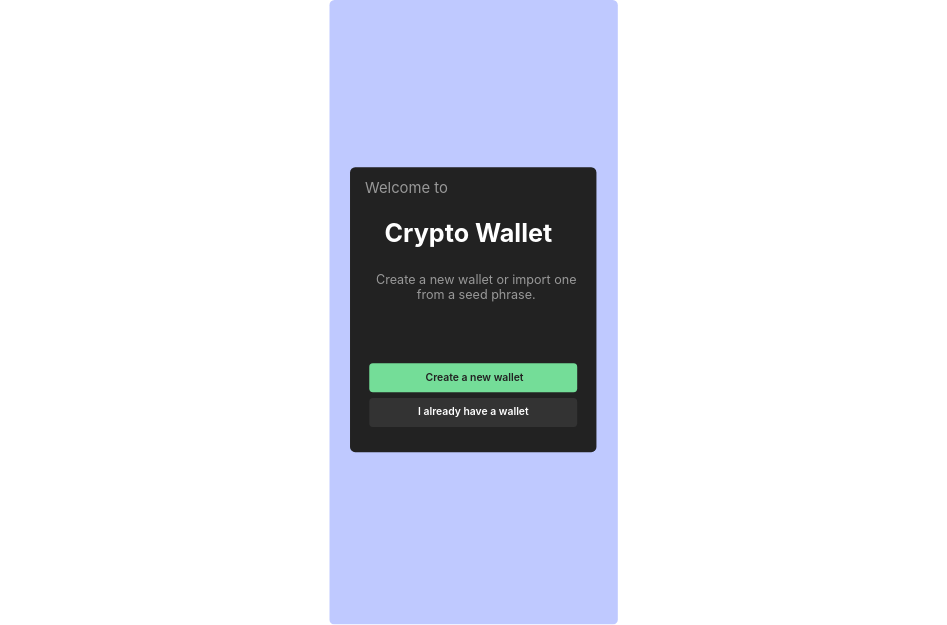
Repository: krishbains/CryptoWallet
Page: /
An editor plug-in stored every save of this project. The page is shown before and after the next save, followed by the edit.
The browser window is 1280 px wide. The pictures show the whole page, at 74% of full size.
The project was rebuilt for these pictures with package versions that can differ from the ones it lists, and the page was loaded fresh each time.

Above is the page before, as saved 2024-03-28 15:46:31.

After the next save:
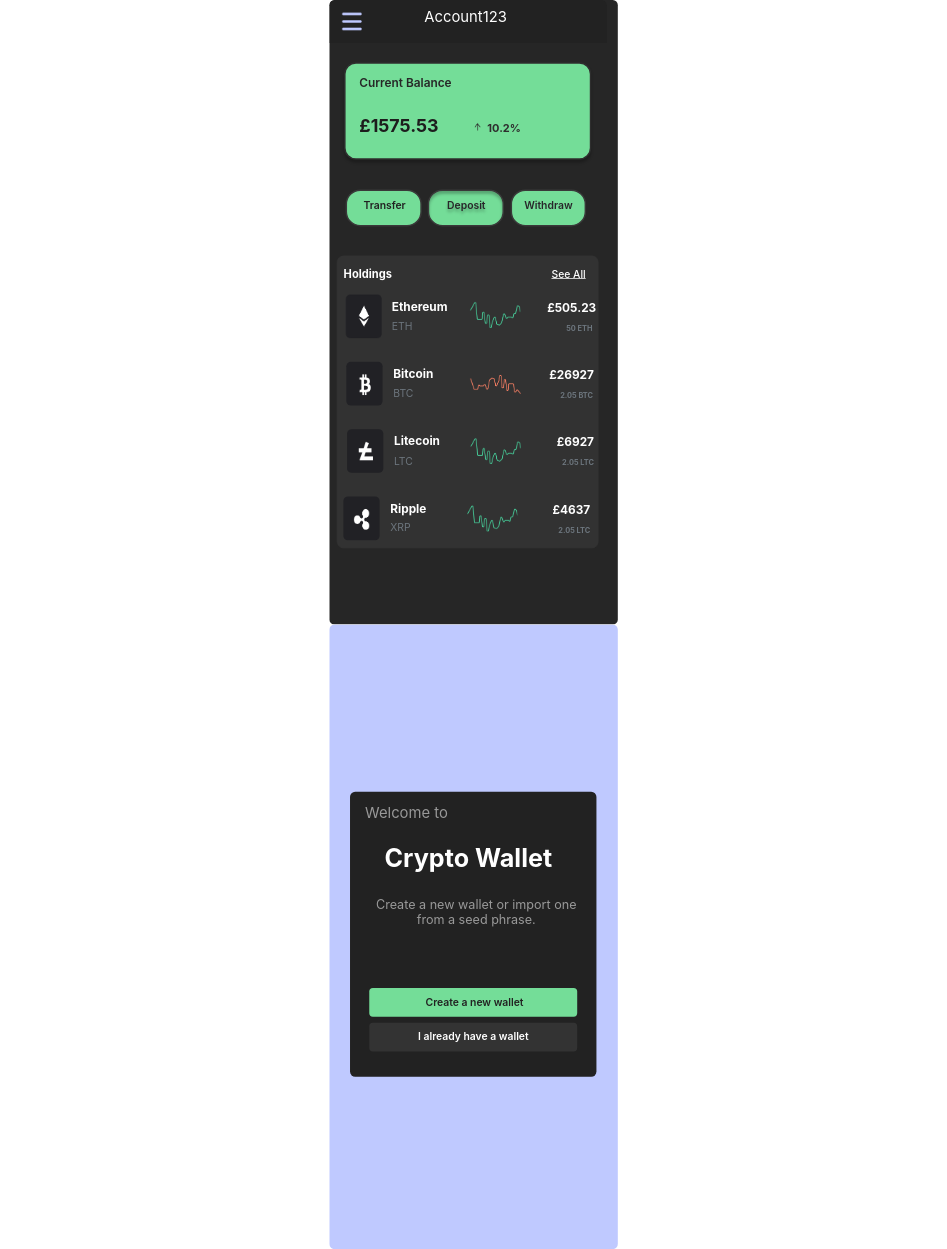
Saved 5 s later.
--- a/src/App.js
+++ b/src/App.js
@@ -5,7 +5,7 @@ import StartingPage from './components/startingpage/startingpage';
 function App() {
   return (
     <div className="App">
-      {/* <BasePage/> */}
+      <BasePage/>
       <StartingPage/>
     </div>
   );
